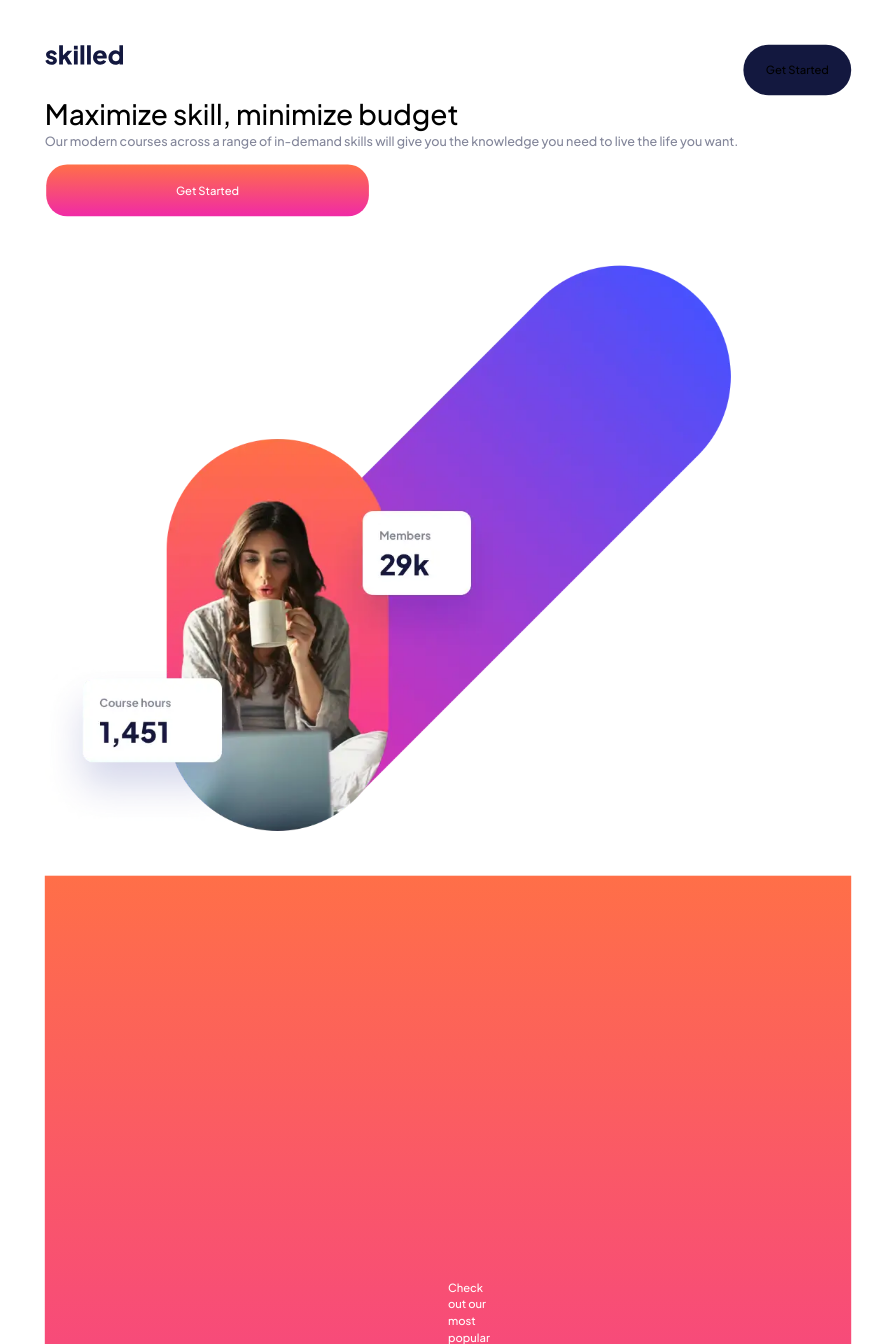
Repository: blordeus/Skilled-e-learning-landing-page
Page: index.html
An editor plug-in stored every save of this project. The page is shown before and after the next save, followed by the edit.
The browser window is 1280 px wide. The pictures show the part of the page from y = 0 to 1920 px (the page is 2975 px tall), at 70% of full size.

Above is the page before, as saved 2023-06-17 20:19:09.

### index.html
<!DOCTYPE html>
<html lang="en">
<head>
  <meta charset="UTF-8">
  <meta name="viewport" content="width=device-width, initial-scale=1.0">
  <link rel="stylesheet" href="style.css">
  <link rel="stylesheet" href="output.css">
  <link rel="preconnect" href="https://fonts.googleapis.com">
  <link rel="preconnect" href="https://fonts.gstatic.com" crossorigin>
  <link href="https://fonts.googleapis.com/css2?family=Plus+Jakarta+Sans:wght@500;700;800&display=swap" rel="stylesheet">
  <link rel="icon" type="image/png" sizes="32x32" href="./assets/favicon-32x32.png">

  <title>Frontend Mentor | Skilled e-learning landing page</title>
</head>
<body class="min-h-screen w-full">

  <main>
    <div class="grid grid-flow-col place-content-between mb-6">
      <img src="./assets/logo-dark.svg" alt="logo dark" class="translate-y-6">
      <button class="px-8 py-6 text-skilled-color6 rounded-full bg-skilled-color2 items-center">Get Started</button>
    </div >

    <div class="hero-section grid grid-flow-row">
      <h1 class="lg:text-heading-xl lg:leading-70 lg:font-weight:800 sm:text-heading-l sm:leading-51 sm:font-weight:700">Maximize skill, minimize budget</h1>
      <p class="text-skilled-color3 text-body-m leading-28 pb-4">
        Our modern courses across a range of in-demand skills will give you the
        knowledge you need to live the life you want.
      </p>
      <button class="button-gradient1">Get Started</button>
      </div>

      <div>
        <picture>
          <source srcset="/assets/image-hero-desktop.webp, /assets/image-hero-desktop@2x.webp 2x" type="image/webp"
            media="(min-width: 75em)">
          <source srcset="/assets/image-hero-desktop.png, /assets/image-hero-desktop@2x.png 2x" type="image/png"
            media="(min-width: 75em)">
          <source srcset="/assets/image-hero-tablet.webp, /assets/image-hero-tablet@2x.webp 2x" type="image/webp"
            media="(min-width: 45em)">
          <source srcset="/assets/image-hero-tablet.png, /assets/image-hero-tablet@2x.png 2x" type="image/png"
            media="(min-width: 45em)">
          <source srcset="/assets/image-hero-mobile.webp, /assets/image-hero-mobile@2x.webp 2x" type="image/webp">
          <source srcset="/assets/image-hero-mobile.png, /assets/image-hero-mobile@2x.png 2x" type="image/png">
          <img src="/assets/image-hero-mobile.png" alt="29k members and 1,451 course hours">
        </picture>
      </div>
    </div>



    <section>
      <div class="grid popular-bg">
      <h2>Check out our most popular courses!</h2>
      </div>

      <div class="grid grid-flow-col">
        <h2>Animation</h2>
        Learn the latest animation techniques to create stunning motion
        design and captivate your audience.
        <p class="text-skilled-color4">Get Started</p>
        <h2>Design</h2>
        Create beautiful, usable interfaces to help shape the future of
        how the web looks.
        <p  class="text-skilled-color4">Get Started</p>
        <h2>Photography</h2>
        Explore critical fundamentals like lighting, composition, and focus
        to capture exceptional photos.
        <p  class="text-skilled-color4">Get Started</p>
        <h2>Crypto</h2>
        All you need to know to get started investing in crypto. Go from beginner
        to advanced with this 54 hour course.
        <p  class="text-skilled-color4">Get Started</p>
        <h2>Business</h2>
        A step-by-step playbook to help you start, scale, and sustain your business
        without outside investment.
        <p class="text-skilled-color4">Get Started</p>
      </div>

    </section>
    <footer class="footer bg-skilled-color2">
      <div class="grid grid-flow-col place-content-between">
        <img src="./assets/logo-light.svg" alt="" class="logo">
        <button class="button-gradient2">Get Started</button>
      </div>
  </footer>
  </main>

</body>
</html>

### style.css
@import url('https://fonts.googleapis.com/css2?family=Plus+Jakarta+Sans:wght@500;700;800&display=swap');

.popular-bg{
    background: linear-gradient(to bottom, #FF6F48, #F02AA6);
    padding: 50%;
    text-align: start;
    color: white;
    display: grid;
}

.button {
    background-color: #13183F;
    border: none;
    color: white;
    padding: 10px 20px;
    text-align: center;
    text-decoration: none;
    display: inline-block;
    margin: 4px 2px;
    cursor: pointer;
    border-radius: 16px;
  }
  .button-gradient1 {
    background: linear-gradient(to bottom, #FF6F48, #F02AA6);
    border: none;
    color: white;
    padding: 25px 20px;
    text-align: center;
    text-decoration: none;
    display: inline-block;
    margin: 4px 2px;
    cursor: pointer;
    border-radius: 30px;
    width: 40%;
  }
  .button-gradient2 {
    background: linear-gradient(to bottom, #4851FF, #F02AA6);
    border: none;
    color: white;
    padding: 10px 20px;
    text-align: center;
    text-decoration: none;
    display: inline-block;
    margin: 4px 2px;
    cursor: pointer;
    border-radius: 16px;
  }

  .logo {
    transform: translateY(20%);
  }

body {
  padding: 5%;
}

### output.css
/*
! tailwindcss v3.3.2 | MIT License | https://tailwindcss.com
*/

/*
1. Prevent padding and border from affecting element width. (https://github.com/mozdevs/cssremedy/issues/4)
2. Allow adding a border to an element by just adding a border-width. (https://github.com/tailwindcss/tailwindcss/pull/116)
*/

*,
::before,
::after {
  box-sizing: border-box;
  /* 1 */
  border-width: 0;
  /* 2 */
  border-style: solid;
  /* 2 */
  border-color: currentColor;
  /* 2 */
}

::before,
::after {
  --tw-content: '';
}

/*
1. Use a consistent sensible line-height in all browsers.
2. Prevent adjustments of font size after orientation changes in iOS.
3. Use a more readable tab size.
4. Use the user's configured `sans` font-family by default.
5. Use the user's configured `sans` font-feature-settings by default.
6. Use the user's configured `sans` font-variation-settings by default.
*/

html {
  line-height: 1.5;
  /* 1 */
  -webkit-text-size-adjust: 100%;
  /* 2 */
  -moz-tab-size: 4;
  /* 3 */
  -o-tab-size: 4;
     tab-size: 4;
  /* 3 */
  font-family: Plus Jakarta Sans, sans-serif;
  /* 4 */
  font-feature-settings: normal;
  /* 5 */
  font-variation-settings: normal;
  /* 6 */
}

/*
1. Remove the margin in all browsers.
2. Inherit line-height from `html` so users can set them as a class directly on the `html` element.
*/

body {
  margin: 0;
  /* 1 */
  line-height: inherit;
  /* 2 */
}

/*
1. Add the correct height in Firefox.
2. Correct the inheritance of border color in Firefox. (https://bugzilla.mozilla.org/show_bug.cgi?id=190655)
3. Ensure horizontal rules are visible by default.
*/

hr {
  height: 0;
  /* 1 */
  color: inherit;
  /* 2 */
  border-top-width: 1px;
  /* 3 */
}

/*
Add the correct text decoration in Chrome, Edge, and Safari.
*/

abbr:where([title]) {
  -webkit-text-decoration: underline dotted;
          text-decoration: underline dotted;
}

/*
Remove the default font size and weight for headings.
*/

h1,
h2,
h3,
h4,
h5,
h6 {
  font-size: inherit;
  font-weight: inherit;
}

/*
Reset links to optimize for opt-in styling instead of opt-out.
*/

a {
  color: inherit;
  text-decoration: inherit;
}

/*
Add the correct font weight in Edge and Safari.
*/

b,
strong {
  font-weight: bolder;
}

/*
1. Use the user's configured `mono` font family by default.
2. Correct the odd `em` font sizing in all browsers.
*/

code,
kbd,
samp,
pre {
  font-family: ui-monospace, SFMono-Regular, Menlo, Monaco, Consolas, "Liberation Mono", "Courier New", monospace;
  /* 1 */
  font-size: 1em;
  /* 2 */
}

/*
Add the correct font size in all browsers.
*/

small {
  font-size: 80%;
}

/*
Prevent `sub` and `sup` elements from affecting the line height in all browsers.
*/

sub,
sup {
  font-size: 75%;
  line-height: 0;
  position: relative;
  vertical-align: baseline;
}

sub {
  bottom: -0.25em;
}

sup {
  top: -0.5em;
}

/*
1. Remove text indentation from table contents in Chrome and Safari. (https://bugs.chromium.org/p/chromium/issues/detail?id=999088, https://bugs.webkit.org/show_bug.cgi?id=201297)
2. Correct table border color inheritance in all Chrome and Safari. (https://bugs.chromium.org/p/chromium/issues/detail?id=935729, https://bugs.webkit.org/show_bug.cgi?id=195016)
3. Remove gaps between table borders by default.
*/

table {
  text-indent: 0;
  /* 1 */
  border-color: inherit;
  /* 2 */
  border-collapse: collapse;
  /* 3 */
}

/*
1. Change the font styles in all browsers.
2. Remove the margin in Firefox and Safari.
3. Remove default padding in all browsers.
*/

button,
input,
optgroup,
select,
textarea {
  font-family: inherit;
  /* 1 */
  font-size: 100%;
  /* 1 */
  font-weight: inherit;
  /* 1 */
  line-height: inherit;
  /* 1 */
  color: inherit;
  /* 1 */
  margin: 0;
  /* 2 */
  padding: 0;
  /* 3 */
}

/*
Remove the inheritance of text transform in Edge and Firefox.
*/

button,
select {
  text-transform: none;
}

/*
1. Correct the inability to style clickable types in iOS and Safari.
2. Remove default button styles.
*/

button,
[type='button'],
[type='reset'],
[type='submit'] {
  /* 1 */
  background-color: transparent;
  /* 2 */
  background-image: none;
  /* 2 */
}

/*
Use the modern Firefox focus style for all focusable elements.
*/

:-moz-focusring {
  outline: auto;
}

/*
Remove the additional `:invalid` styles in Firefox. (https://github.com/mozilla/gecko-dev/blob/2f9eacd9d3d995c937b4251a5557d95d494c9be1/layout/style/res/forms.css#L728-L737)
*/

:-moz-ui-invalid {
  box-shadow: none;
}

/*
Add the correct vertical alignment in Chrome and Firefox.
*/

progress {
  vertical-align: baseline;
}

/*
Correct the cursor style of increment and decrement buttons in Safari.
*/

::-webkit-inner-spin-button,
::-webkit-outer-spin-button {
  height: auto;
}

/*
1. Correct the odd appearance in Chrome and Safari.
2. Correct the outline style in Safari.
*/

[type='search'] {
  /* 1 */
  outline-offset: -2px;
  /* 2 */
}

/*
Remove the inner padding in Chrome and Safari on macOS.
*/

::-webkit-search-decoration {
  -webkit-appearance: none;
}

/*
1. Correct the inability to style clickable types in iOS and Safari.
2. Change font properties to `inherit` in Safari.
*/

::-webkit-file-upload-button {
  -webkit-appearance: button;
  /* 1 */
  font: inherit;
  /* 2 */
}

/*
Add the correct display in Chrome and Safari.
*/

summary {
  display: list-item;
}

/*
Removes the default spacing and border for appropriate elements.
*/

blockquote,
dl,
dd,
h1,
h2,
h3,
h4,
h5,
h6,
hr,
figure,
p,
pre {
  margin: 0;
}

fieldset {
  margin: 0;
  padding: 0;
}

legend {
  padding: 0;
}

ol,
ul,
menu {
  list-style: none;
  margin: 0;
  padding: 0;
}

/*
Prevent resizing textareas horizontally by default.
*/

textarea {
  resize: vertical;
}

/*
1. Reset the default placeholder opacity in Firefox. (https://github.com/tailwindlabs/tailwindcss/issues/3300)
2. Set the default placeholder color to the user's configured gray 400 color.
*/

input::-moz-placeholder, textarea::-moz-placeholder {
  opacity: 1;
  /* 1 */
  color: #9ca3af;
  /* 2 */
}

input::placeholder,
textarea::placeholder {
  opacity: 1;
  /* 1 */
  color: #9ca3af;
  /* 2 */
}

/*
Set the default cursor for buttons.
*/

button,
[role="button"] {
  cursor: pointer;
}

/*
Make sure disabled buttons don't get the pointer cursor.
*/

:disabled {
  cursor: default;
}

/*
1. Make replaced elements `display: block` by default. (https://github.com/mozdevs/cssremedy/issues/14)
2. Add `vertical-align: middle` to align replaced elements more sensibly by default. (https://github.com/jensimmons/cssremedy/issues/14#issuecomment-634934210)
   This can trigger a poorly considered lint error in some tools but is included by design.
*/

img,
svg,
video,
canvas,
audio,
iframe,
embed,
object {
  display: block;
  /* 1 */
  /* 2 */
}

/*
Constrain images and videos to the parent width and preserve their intrinsic aspect ratio. (https://github.com/mozdevs/cssremedy/issues/14)
*/

img,
video {
  max-width: 100%;
  height: auto;
}

/* Make elements with the HTML hidden attribute stay hidden by default */

[hidden] {
  display: none;
}

*, ::before, ::after {
  --tw-border-spacing-x: 0;
  --tw-border-spacing-y: 0;
  --tw-translate-x: 0;
  --tw-translate-y: 0;
  --tw-rotate: 0;
  --tw-skew-x: 0;
  --tw-skew-y: 0;
  --tw-scale-x: 1;
  --tw-scale-y: 1;
  --tw-pan-x:  ;
  --tw-pan-y:  ;
  --tw-pinch-zoom:  ;
  --tw-scroll-snap-strictness: proximity;
  --tw-gradient-from-position:  ;
  --tw-gradient-via-position:  ;
  --tw-gradient-to-position:  ;
  --tw-ordinal:  ;
  --tw-slashed-zero:  ;
  --tw-numeric-figure:  ;
  --tw-numeric-spacing:  ;
  --tw-numeric-fraction:  ;
  --tw-ring-inset:  ;
  --tw-ring-offset-width: 0px;
  --tw-ring-offset-color: #fff;
  --tw-ring-color: rgb(59 130 246 / 0.5);
  --tw-ring-offset-shadow: 0 0 #0000;
  --tw-ring-shadow: 0 0 #0000;
  --tw-shadow: 0 0 #0000;
  --tw-shadow-colored: 0 0 #0000;
  --tw-blur:  ;
  --tw-brightness:  ;
  --tw-contrast:  ;
  --tw-grayscale:  ;
  --tw-hue-rotate:  ;
  --tw-invert:  ;
  --tw-saturate:  ;
  --tw-sepia:  ;
  --tw-drop-shadow:  ;
  --tw-backdrop-blur:  ;
  --tw-backdrop-brightness:  ;
  --tw-backdrop-contrast:  ;
  --tw-backdrop-grayscale:  ;
  --tw-backdrop-hue-rotate:  ;
  --tw-backdrop-invert:  ;
  --tw-backdrop-opacity:  ;
  --tw-backdrop-saturate:  ;
  --tw-backdrop-sepia:  ;
}

::backdrop {
  --tw-border-spacing-x: 0;
  --tw-border-spacing-y: 0;
  --tw-translate-x: 0;
  --tw-translate-y: 0;
  --tw-rotate: 0;
  --tw-skew-x: 0;
  --tw-skew-y: 0;
  --tw-scale-x: 1;
  --tw-scale-y: 1;
  --tw-pan-x:  ;
  --tw-pan-y:  ;
  --tw-pinch-zoom:  ;
  --tw-scroll-snap-strictness: proximity;
  --tw-gradient-from-position:  ;
  --tw-gradient-via-position:  ;
  --tw-gradient-to-position:  ;
  --tw-ordinal:  ;
  --tw-slashed-zero:  ;
  --tw-numeric-figure:  ;
  --tw-numeric-spacing:  ;
  --tw-numeric-fraction:  ;
  --tw-ring-inset:  ;
  --tw-ring-offset-width: 0px;
  --tw-ring-offset-color: #fff;
  --tw-ring-color: rgb(59 130 246 / 0.5);
  --tw-ring-offset-shadow: 0 0 #0000;
  --tw-ring-shadow: 0 0 #0000;
  --tw-shadow: 0 0 #0000;
  --tw-shadow-colored: 0 0 #0000;
  --tw-blur:  ;
  --tw-brightness:  ;
  --tw-contrast:  ;
  --tw-grayscale:  ;
  --tw-hue-rotate:  ;
  --tw-invert:  ;
  --tw-saturate:  ;
  --tw-sepia:  ;
  --tw-drop-shadow:  ;
  --tw-backdrop-blur:  ;
  --tw-backdrop-brightness:  ;
  --tw-backdrop-contrast:  ;
  --tw-backdrop-grayscale:  ;
  --tw-backdrop-hue-rotate:  ;
  --tw-backdrop-invert:  ;
  --tw-backdrop-opacity:  ;
  --tw-backdrop-saturate:  ;
  --tw-backdrop-sepia:  ;
}

.grid {
  display: grid;
}

.min-h-screen {
  min-height: 100vh;
}

.w-full {
  width: 100%;
}

.grid-flow-row {
  grid-auto-flow: row;
}

.grid-flow-col {
  grid-auto-flow: column;
}

.place-content-between {
  place-content: space-between;
}

.rounded-full {
  border-radius: 9999px;
}

.bg-skilled-color2 {
  --tw-bg-opacity: 1;
  background-color: rgb(19 24 63 / var(--tw-bg-opacity));
}

.p-4 {
  padding: 1rem;
}

.p-6 {
  padding: 1.5rem;
}

.p-8 {
  padding: 2rem;
}

.px-8 {
  padding-left: 2rem;
  padding-right: 2rem;
}

.py-12 {
  padding-top: 3rem;
  padding-bottom: 3rem;
}

.py-6 {
  padding-top: 1.5rem;
  padding-bottom: 1.5rem;
}

.pb-4 {
  padding-bottom: 1rem;
}

.text-heading-xl {
  font-size: 56px;
}

.text-body-m {
  font-size: 18px;
}

.leading-28 {
  line-height: 28px;
}

.leading-70 {
  line-height: 70px;
}

.text-skilled-color3 {
  --tw-text-opacity: 1;
  color: rgb(131 134 154 / var(--tw-text-opacity));
}

.text-skilled-color4 {
  --tw-text-opacity: 1;
  color: rgb(247 71 128 / var(--tw-text-opacity));
}

@media (min-width: 640px) {
  .sm\:text-heading-l {
    font-size: 40px;
  }

  .sm\:leading-51 {
    line-height: 51px;
  }
}

After the next save:
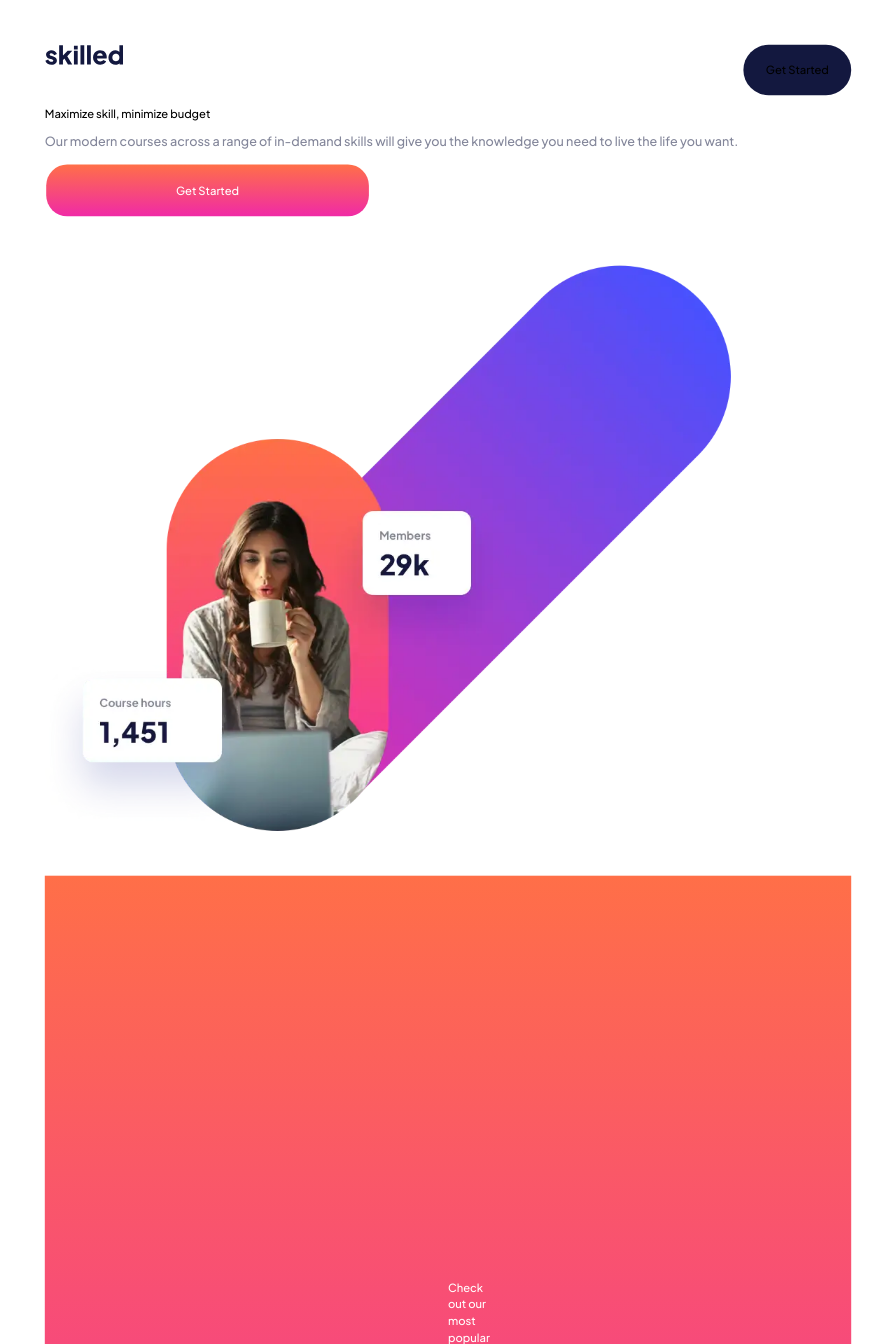
Saved 48 s later.
--- a/index.html
+++ b/index.html
@@ -21,7 +21,7 @@
     </div >
 
     <div class="hero-section grid grid-flow-row">
-      <h1 class="lg:text-heading-xl lg:leading-70 lg:font-weight:800 sm:text-heading-l sm:leading-51 sm:font-weight:700">Maximize skill, minimize budget</h1>
+      <h1 class="lg:text-heading-xl lg:leading-70 lg:font-weight:800 md:text-heading-l sm:leading-51 sm:font-weight:700">Maximize skill, minimize budget</h1>
       <p class="text-skilled-color3 text-body-m leading-28 pb-4">
         Our modern courses across a range of in-demand skills will give you the
         knowledge you need to live the life you want.

After the 2 saves that followed:
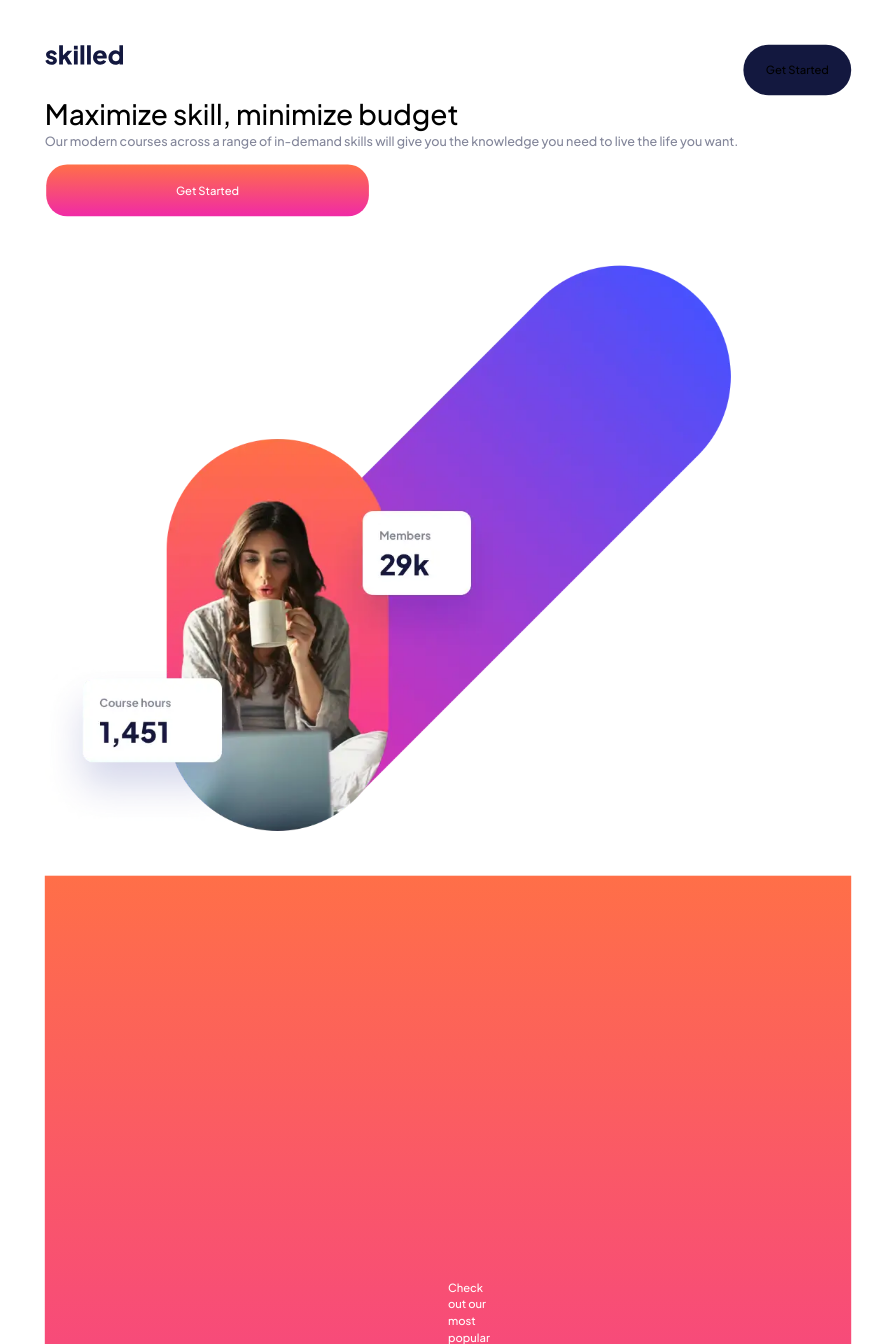
The 2 saves are shown as one change because 1 left the picture as it was.
The last was saved 17 s later.
--- a/index.html
+++ b/index.html
@@ -21,7 +21,7 @@
     </div >
 
     <div class="hero-section grid grid-flow-row">
-      <h1 class="lg:text-heading-xl lg:leading-70 lg:font-weight:800 md:text-heading-l sm:leading-51 sm:font-weight:700">Maximize skill, minimize budget</h1>
+      <h1 class="lg:text-heading-xl lg:leading-70 lg:font-weight:800 sm:text-heading-l sm:leading-51 sm:font-weight:700">Maximize skill, minimize budget</h1>
       <p class="text-skilled-color3 text-body-m leading-28 pb-4">
         Our modern courses across a range of in-demand skills will give you the
         knowledge you need to live the life you want.
